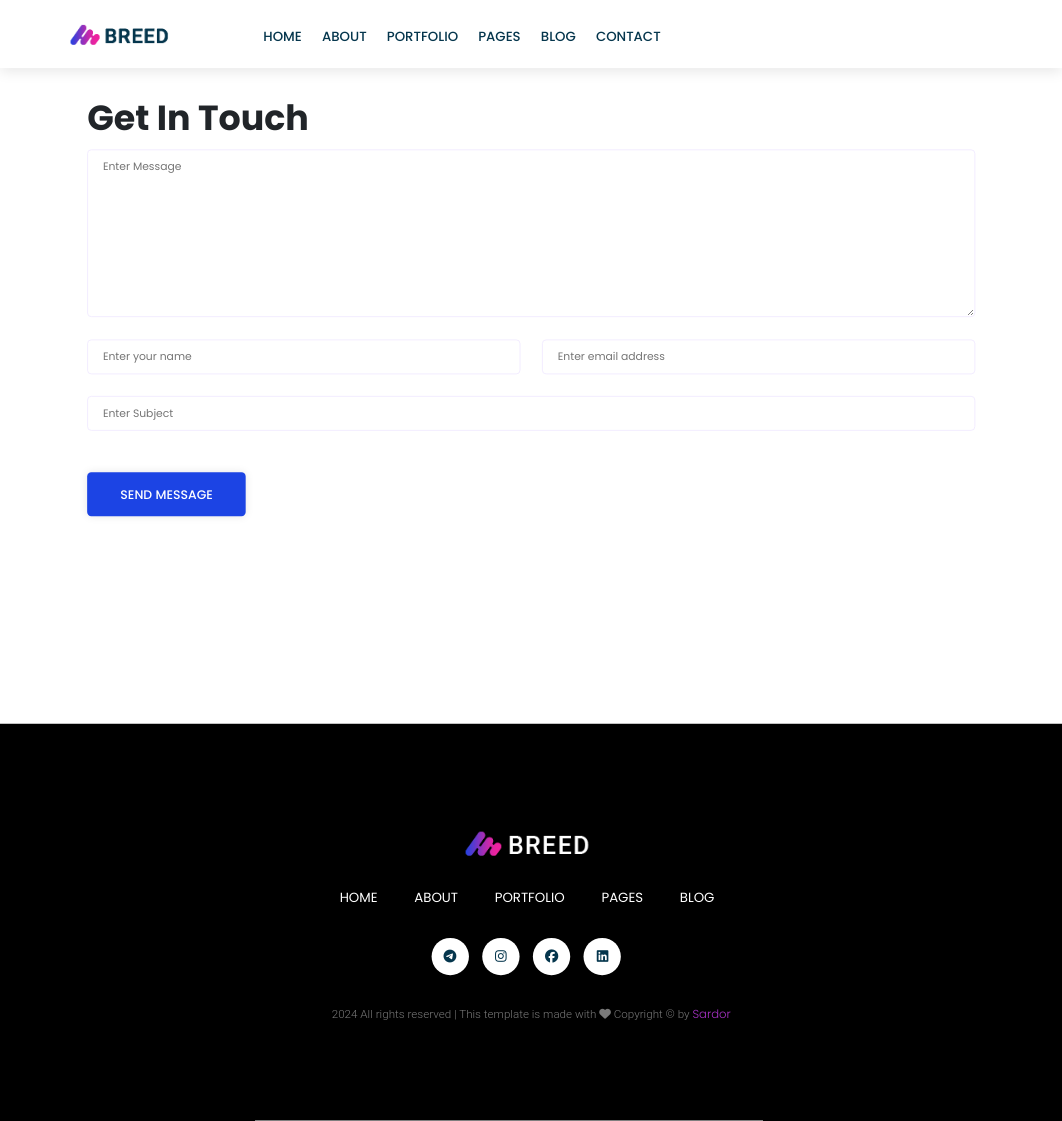
Repository: whoami2991/Sardorbek-Portfolio---Home
Page: contact.html
The author's editor kept a copy of each file at every save. The page is drawn from the files as they stood at one save, then again after the next save.
The browser window is 1280 px wide. The pictures show the whole page, at 83% of full size.

Above is the page before, as saved 2024-07-22 13:14:33.

After the next save:
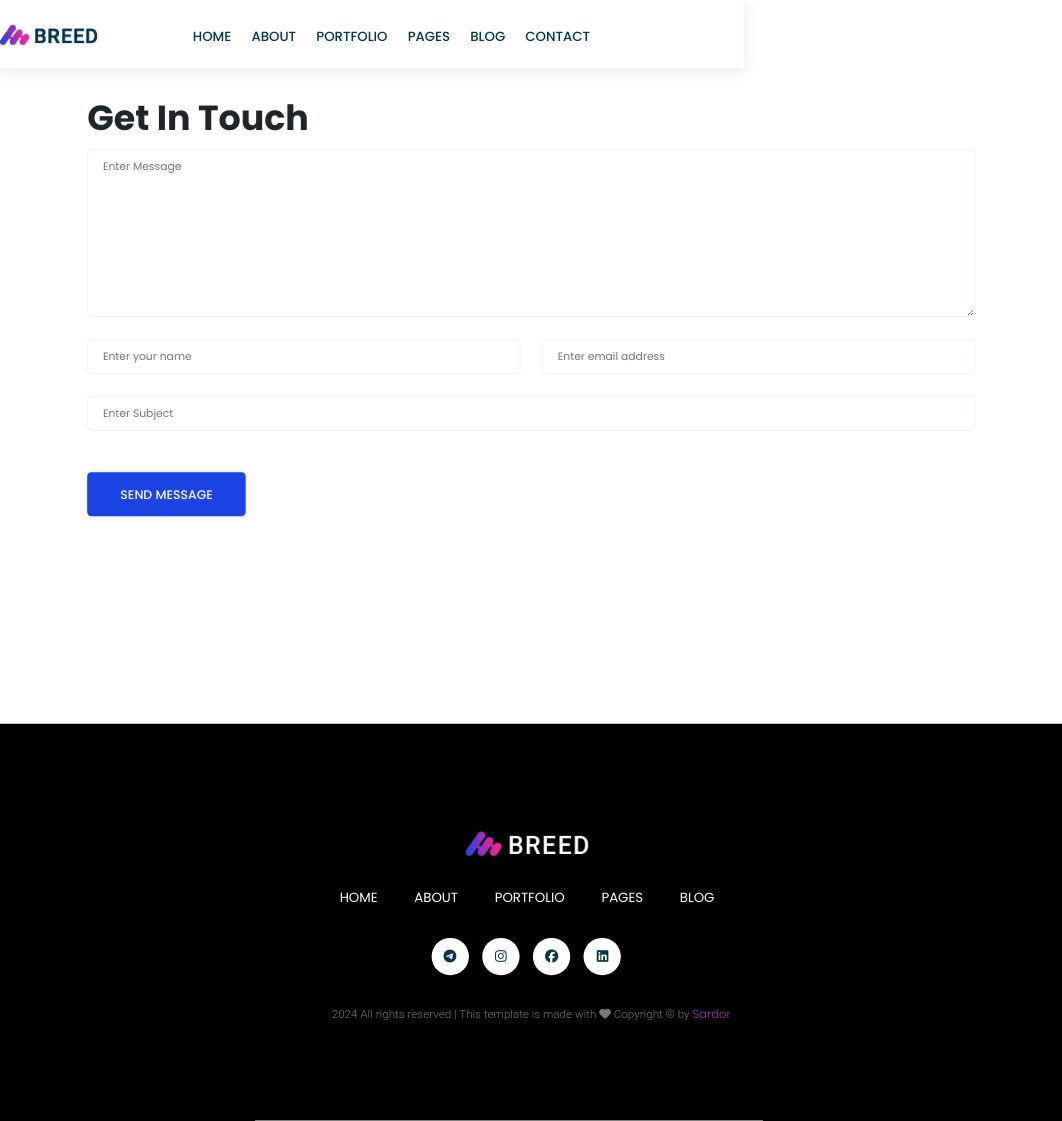
Saved 108 s later.
--- a/shared.css
+++ b/shared.css
@@ -70,7 +70,7 @@
     position: fixed;
     z-index: 10;
     background-color: #fff;
-    width: 100%;
+    width: 70%;
     top: 0;
     left: 0;
     box-shadow: 0px 3px 16px 0px rgb(0 0 0 / 10%);

After the save that followed:
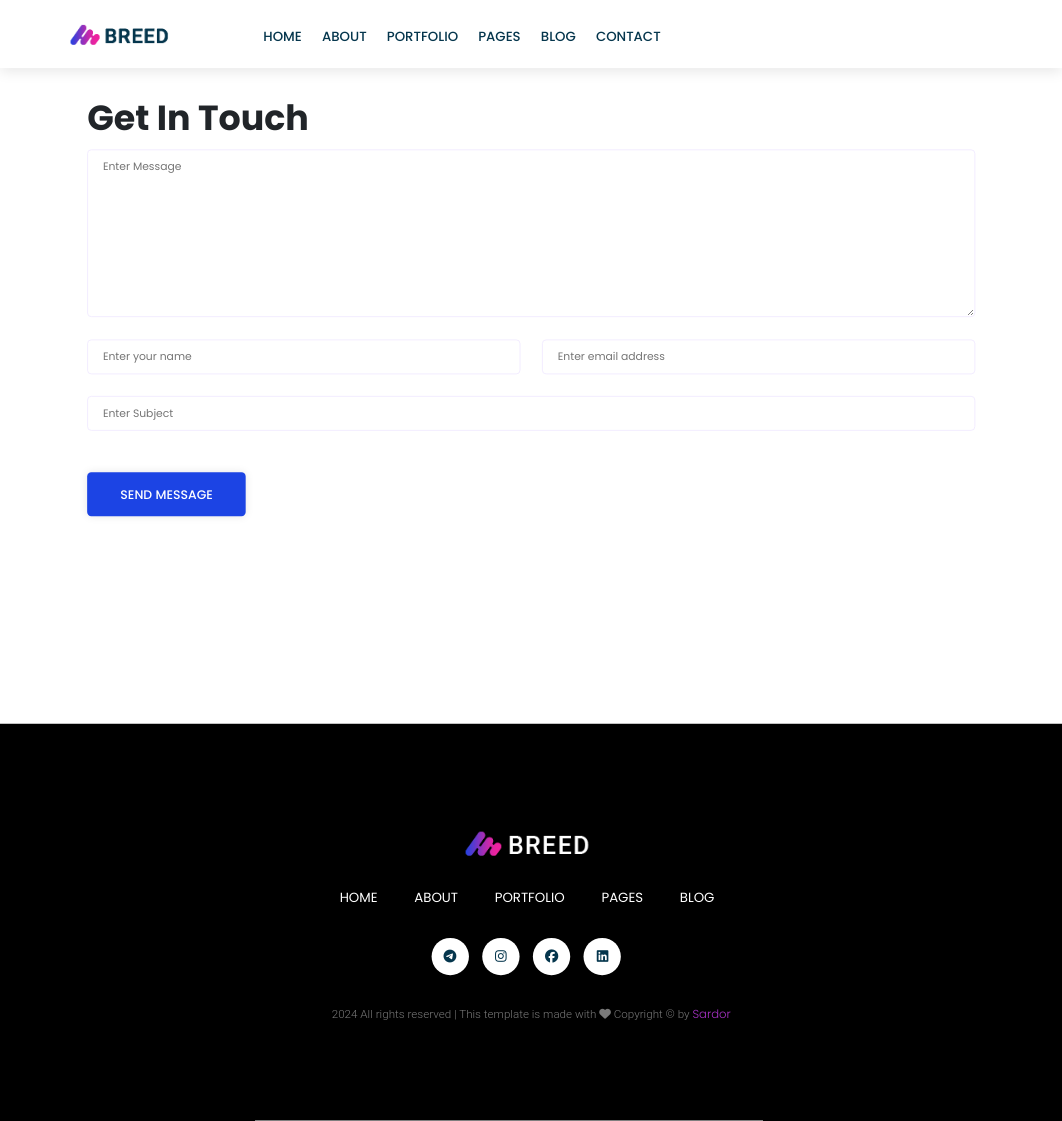
Saved 24 s later.
--- a/shared.css
+++ b/shared.css
@@ -70,7 +70,7 @@
     position: fixed;
     z-index: 10;
     background-color: #fff;
-    width: 70%;
+    width: 100%;
     top: 0;
     left: 0;
     box-shadow: 0px 3px 16px 0px rgb(0 0 0 / 10%);
